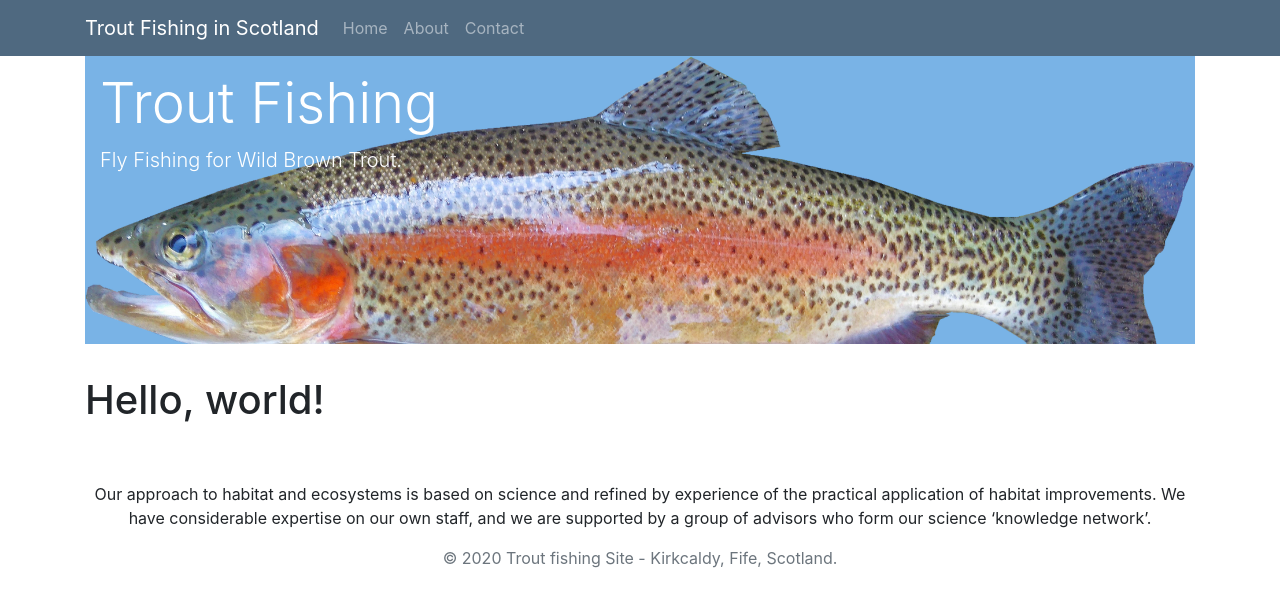
Repository: adrian9211/College_project
Page: about.html
An editor plug-in stored every save of this project. The page is shown before and after the next save, followed by the edit.
The browser window is 1280 px wide. The pictures show the whole page.

Above is the page before, as saved 2020-11-04 09:47:32.

After the next save:
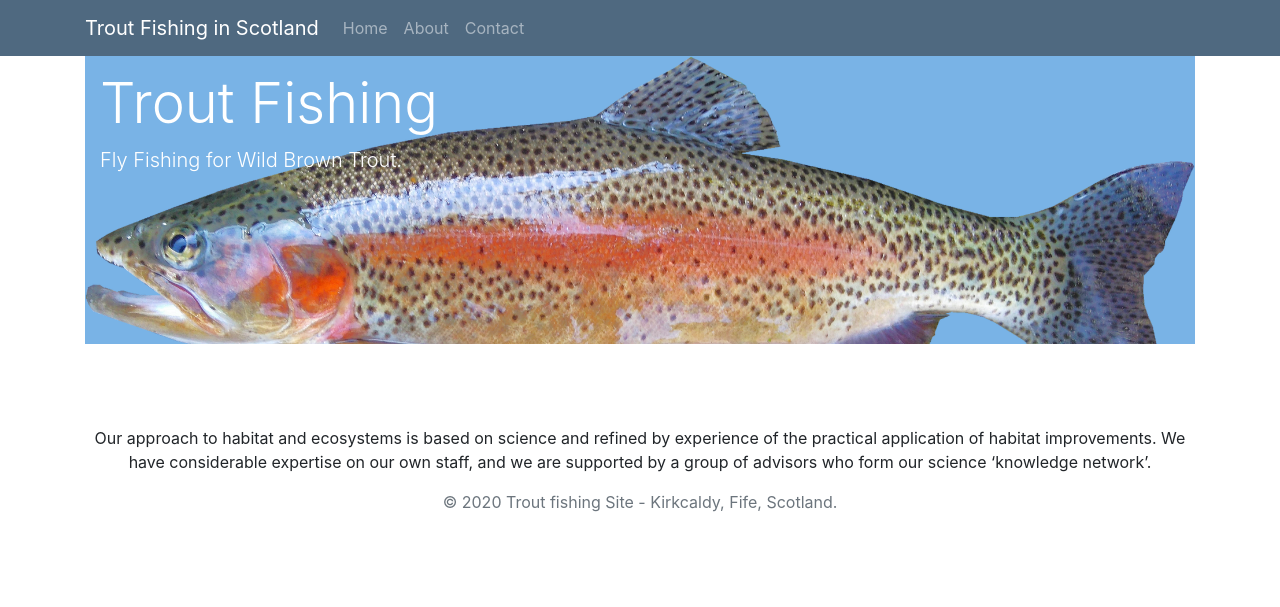
Saved 2 min 9 s later.
--- a/about.html
+++ b/about.html
@@ -44,7 +44,6 @@
             </div>
         </div>
       <!-- Jumbotron end -->
-        <h1>Hello, world!</h1>
 
     </div>
 
